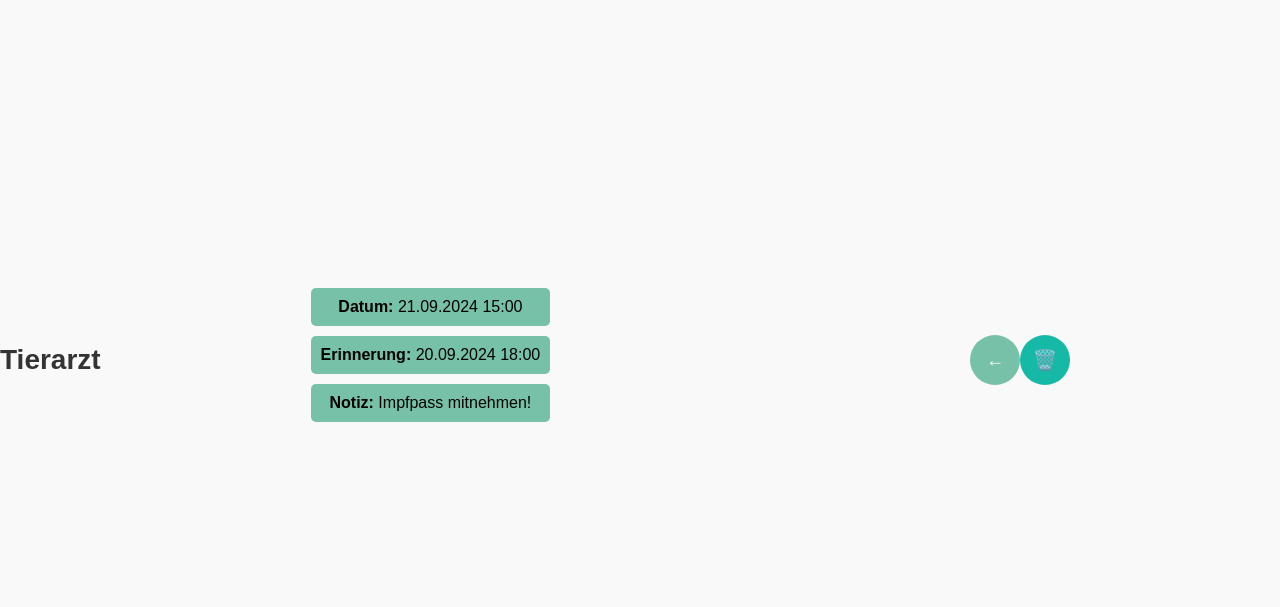
Repository: jakemoes/Pet-Tracker
Page: PWA/apppointmentDetails.html
An editor plug-in stored every save of this project. The page is shown before and after the next save, followed by the edit.
The browser window is 1280 px wide. The pictures show the whole page.

Above is the page before, as saved 2024-12-07 03:33:35.

### PWA/apppointmentDetails.html
<!DOCTYPE html>
<html lang="de">
<head>
    <meta charset="UTF-8">
    <meta name="viewport" content="width=device-width, initial-scale=1.0">
    <link rel="stylesheet" href="appointmentDetails.css">
    <title>Tierarzttermin</title>
</head>
<body>
    <h1 style="margin-top: 20px; text-align: center;">Tierarzt</h1>

    <div class="details" style="margin: 20px auto; max-width: 90%; text-align: center;">
        <div class="datum" style="background-color: #77c1a9; padding: 10px; margin-bottom: 10px; border-radius: 5px;">
            <strong>Datum:</strong> 21.09.2024 15:00
        </div>
        <div class="erinnerung" style="background-color: #77c1a9; padding: 10px; margin-bottom: 10px; border-radius: 5px;">
            <strong>Erinnerung:</strong> 20.09.2024 18:00
        </div>
        <div class="notiz" style="background-color: #77c1a9; padding: 10px; margin-bottom: 10px; border-radius: 5px;">
            <strong>Notiz:</strong> Impfpass mitnehmen!
        </div>
    </div>

    <div class="button-container" style="display: flex; justify-content: space-between; max-width: 90%; margin: 20px auto;">
        <!-- Zurück-Button -->
        <a href="appointment.html" style="text-decoration: none;">
            <button type="button" style="background-color: #77c1a9; border: none; border-radius: 50%; width: 50px; height: 50px; color: white; font-size: 18px;">&larr;</button>
        </a>

        <!-- Löschen-Button -->
            <button type="button" class="delete-btn" >
                🗑️
            </button>
        </div>
    </div>

</body>
</html>

### PWA/appointmentDetails.css
body {
    font-family: Arial, sans-serif;
    margin: 0;
    padding: 0;
    background-color: #f9f9f9;
    display: flex;
    justify-content: center;
    align-items: center;
    height: 100vh;
}

.details-container {
    width: 90%;
    max-width: 500px;
    background-color: #ffffff;
    padding: 20px;
    border-radius: 15px;
    box-shadow: 0 4px 6px rgba(0, 0, 0, 0.1);
    text-align: center;
}

h1 {
    font-size: 28px;
    color: #333;
    margin-bottom: 20px;
}

.entry {
    margin-bottom: 30px;
}

.detail {
    background-color: #77c1a9;
    padding: 15px;
    border-radius: 10px;
    margin-bottom: 10px;
    text-align: left;
    color: #ffffff;
}

.detail p {
    margin: 0;
    font-size: 16px;
}

.time {
    float: right;
}

.button-container {
    display: flex;
    justify-content: space-between;
    margin-top: 20px;
}

.back-btn button, .delete-btn {
    width: 50px;
    height: 50px;
    border-radius: 50%;
    border: none;
    background-color: #77c1a9;
    color: white;
    font-size: 20px;
    cursor: pointer;
    display: flex;
    justify-content: center;
    align-items: center;
}

.delete-btn {
    background-color: #15b9a6;
}

.delete-btn img {
    width: 20px;
    height: 20px;
}

.back-btn button:hover {
    background-color: #66b398;
}

.delete-btn:hover {
    background-color: #d32f2f;
}

After the next save:
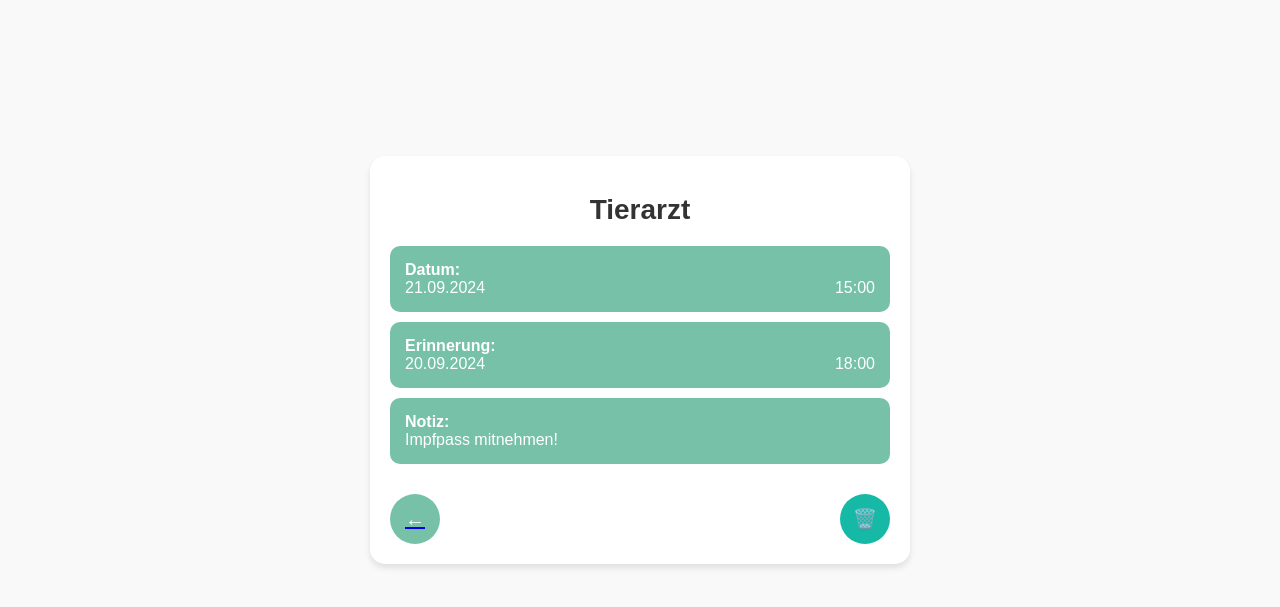
Saved 17 s later.
--- a/PWA/apppointmentDetails.html
+++ b/PWA/apppointmentDetails.html
@@ -7,27 +7,31 @@
     <title>Tierarzttermin</title>
 </head>
 <body>
-    <h1 style="margin-top: 20px; text-align: center;">Tierarzt</h1>
+    <div class="details-container">
+        <h1>Tierarzt</h1>
 
-    <div class="details" style="margin: 20px auto; max-width: 90%; text-align: center;">
-        <div class="datum" style="background-color: #77c1a9; padding: 10px; margin-bottom: 10px; border-radius: 5px;">
-            <strong>Datum:</strong> 21.09.2024 15:00
+        <div class="entry">
+            <div class="detail">
+                <p><strong>Datum:</strong></p>
+                <p>21.09.2024 <span class="time">15:00</span></p>
+            </div>
+            <div class="detail">
+                <p><strong>Erinnerung:</strong></p>
+                <p>20.09.2024 <span class="time">18:00</span></p>
+            </div>
+            <div class="detail">
+                <p><strong>Notiz:</strong></p>
+                <p>Impfpass mitnehmen!</p>
+            </div>
         </div>
-        <div class="erinnerung" style="background-color: #77c1a9; padding: 10px; margin-bottom: 10px; border-radius: 5px;">
-            <strong>Erinnerung:</strong> 20.09.2024 18:00
-        </div>
-        <div class="notiz" style="background-color: #77c1a9; padding: 10px; margin-bottom: 10px; border-radius: 5px;">
-            <strong>Notiz:</strong> Impfpass mitnehmen!
-        </div>
-    </div>
 
-    <div class="button-container" style="display: flex; justify-content: space-between; max-width: 90%; margin: 20px auto;">
-        <!-- Zurück-Button -->
-        <a href="appointment.html" style="text-decoration: none;">
-            <button type="button" style="background-color: #77c1a9; border: none; border-radius: 50%; width: 50px; height: 50px; color: white; font-size: 18px;">&larr;</button>
-        </a>
+        <div class="button-container">
+            <!-- Zurück-Button -->
+            <a href="appointment.html" class="back-btn">
+                <button type="button"><span>&larr;</span></button>
+            </a>
 
-        <!-- Löschen-Button -->
+            <!-- Löschen-Button -->
             <button type="button" class="delete-btn" >
                 🗑️
             </button>
